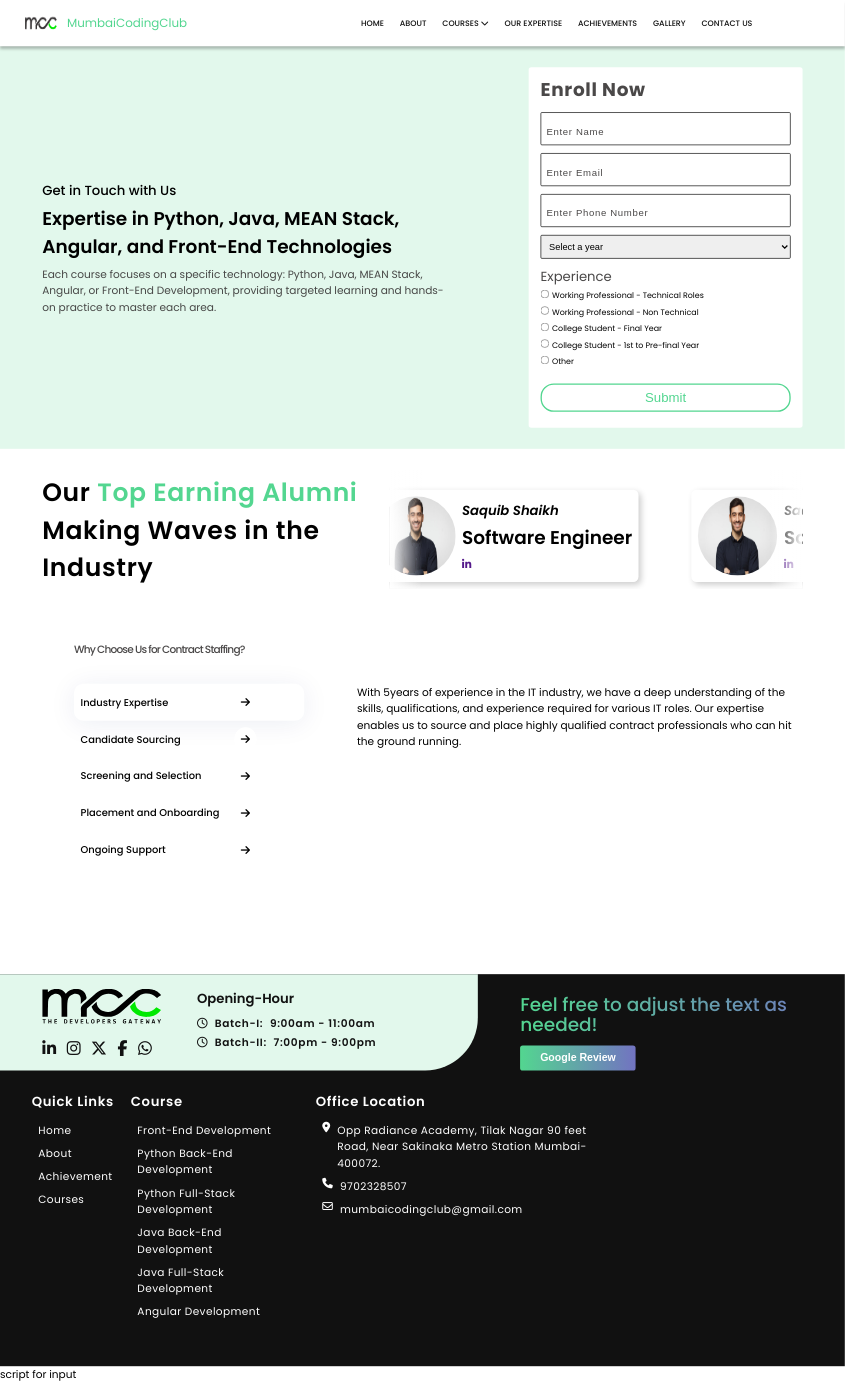
Repository: msmsa2001/mcc-theme
Page: contact.html
An editor plug-in stored every save of this project. The page is shown before and after the next save, followed by the edit.
The browser window is 1280 px wide. The pictures show the whole page, at 66% of full size.
Pictures or frames that could not be fetched are drawn as grey boxes.

Above is the page before, as saved 2024-07-26 03:28:05.
Console error: TypeError: Cannot read properties of null (reading 'querySelector')

After the next save:
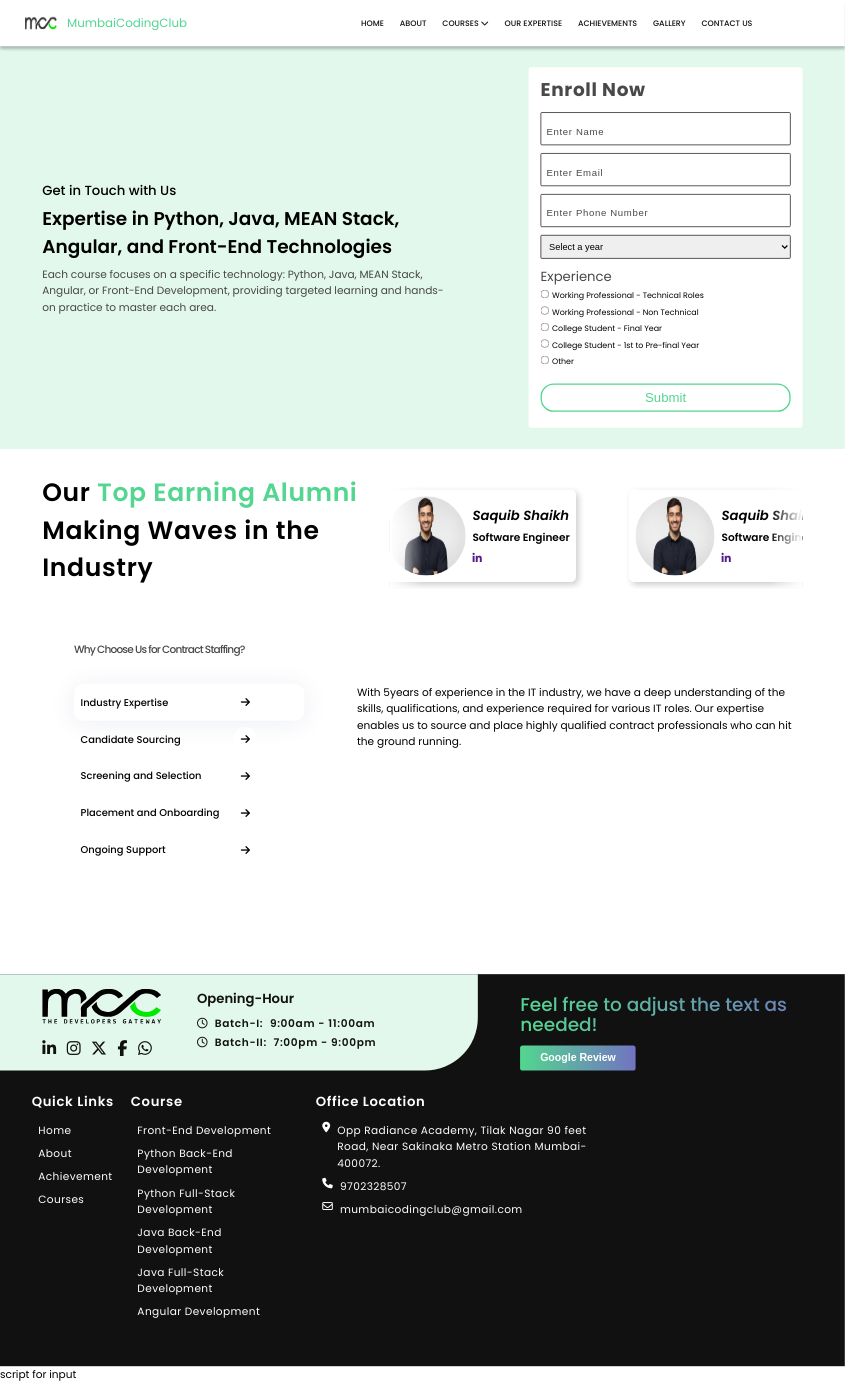
Saved 6 s later.
--- a/contact.css
+++ b/contact.css
@@ -153,7 +153,7 @@ font-weight: 600;
 }
 .logos .logos-slide .card1 .content .designation{
     font-size: var(--black-color1);
-    font-size: var(--font-size2);
+    font-size: var(--font-size4);
     font-weight: 600;
 }
 .logos:before,
